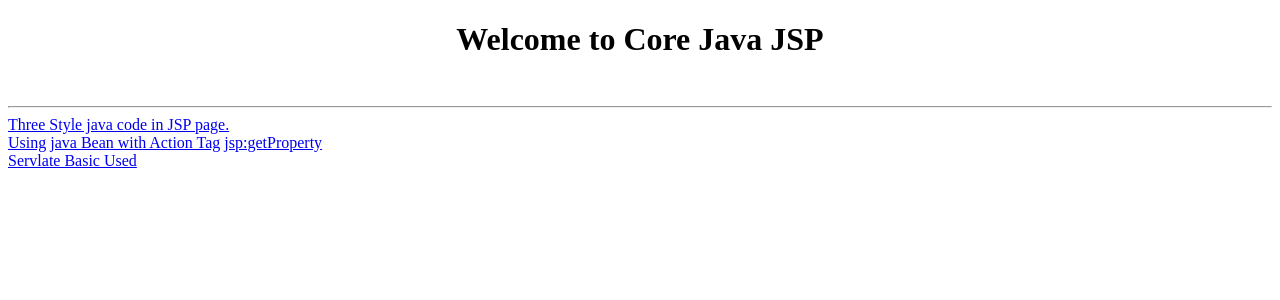
Repository: imrangthub/BlogUsingCoreJava
Page: http://localhost/StartingJsp_00/
The author's editor kept a copy of each file at every save. The page is drawn from the files as they stood at one save, then again after the next save.
The browser window is 1280 px wide. The pictures show the whole page.
The page is served by Tomcat 9.

Above is the page before, as saved 2016-12-24 11:55:42.

After the next save:
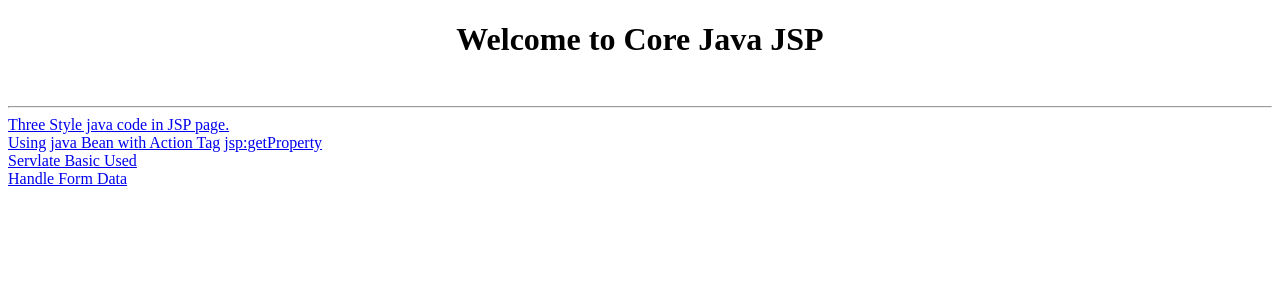
Saved 38 s later.
--- a/StartingJsp_00/WebContent/index.jsp
+++ b/StartingJsp_00/WebContent/index.jsp
@@ -13,6 +13,7 @@
 <a href="threeStyleOfScriptInJSP.jsp"> Three Style java code in JSP page.</a><br>
 <a href="usingBeanWithActionTag.jsp">Using java Bean with Action Tag jsp:getProperty</a><br/>
 <a href="Test">Servlate Basic Used</a><br/>
+<a href="formDataHandlePostM.jsp">Handle Form Data</a>
 
 
 </body>
